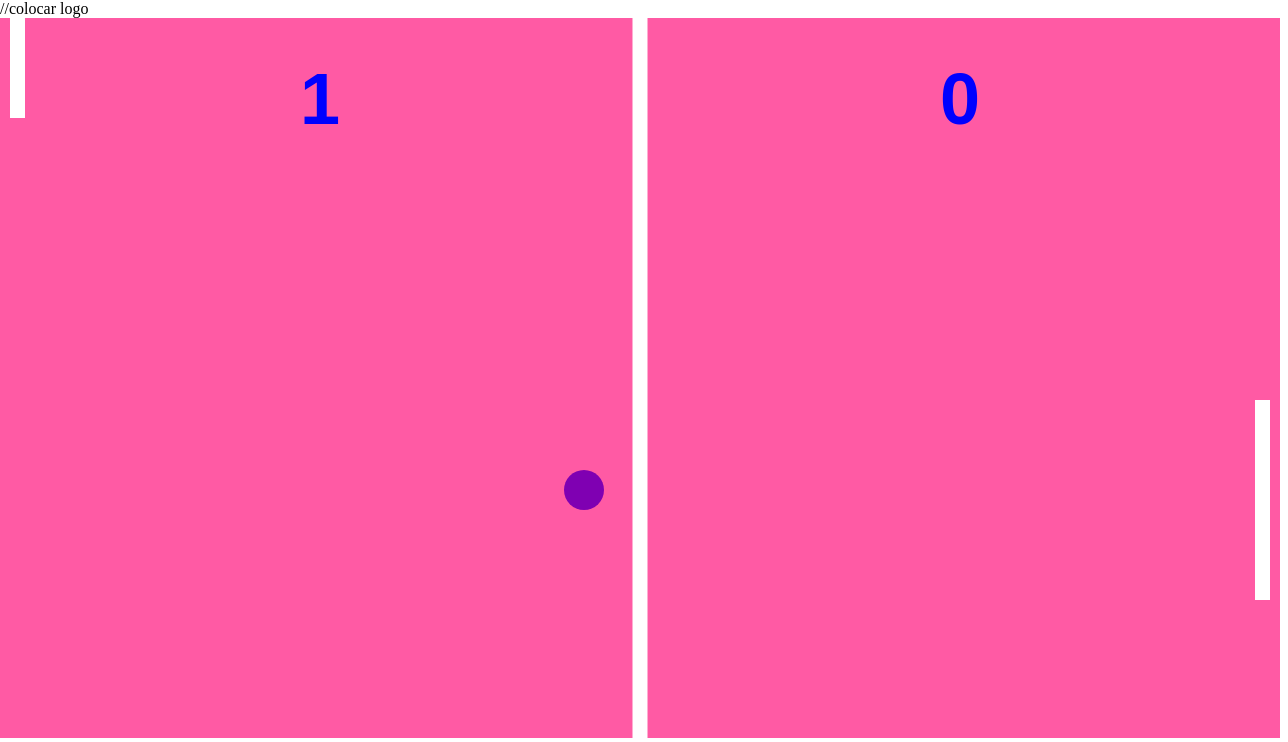
Repository: AkirahCarvalho/ping_pong
Page: index.html
The author's editor kept a copy of each file at every save. The page is drawn from the files as they stood at one save, then again after a run of saves.
The browser window is 1280 px wide. The page is 1280 px wide, then 1288 px, then 1280 px, so the pictures cover 1288 px, including what lies to the right of the window. The pictures show the whole page.

Above is the page before, as saved 2024-04-02 16:02:10.

After the next 2 saves:
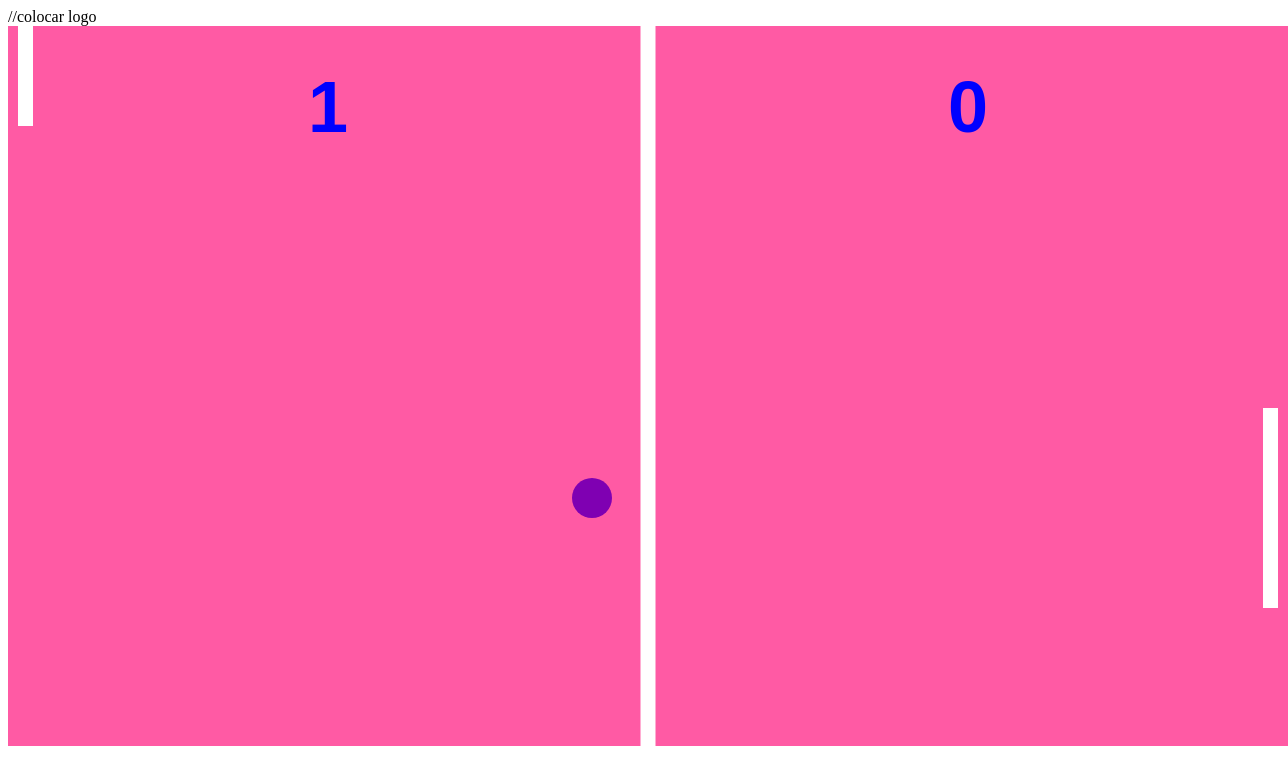
The 2 saves are shown as one change because they came seconds apart.
The last was saved 16 s later.
--- a/index.html
+++ b/index.html
@@ -8,7 +8,8 @@
     <meta name="viewport" content="width=device-width, initial-scale=1.0" />
 
     <title>Jogo Ping-Pong</title>
-    <link rel="shortcut icon" type="imagex/png" href="./images/icon.ico">
+    <link rel="shortcut icon" type="imagex/png" href=""https://png.pngtree.com/png-vector/20220609/ourmid/pngtree-table-tennis-rackets-with-balls-isolated-on-white-background-png-image_4833647.png" alt="raquete">
+    <style>">
     <link img src="https://png.pngtree.com/png-vector/20220609/ourmid/pngtree-table-tennis-rackets-with-balls-isolated-on-white-background-png-image_4833647.png" alt="raquete">
     <style>
       * {

After the save that followed:
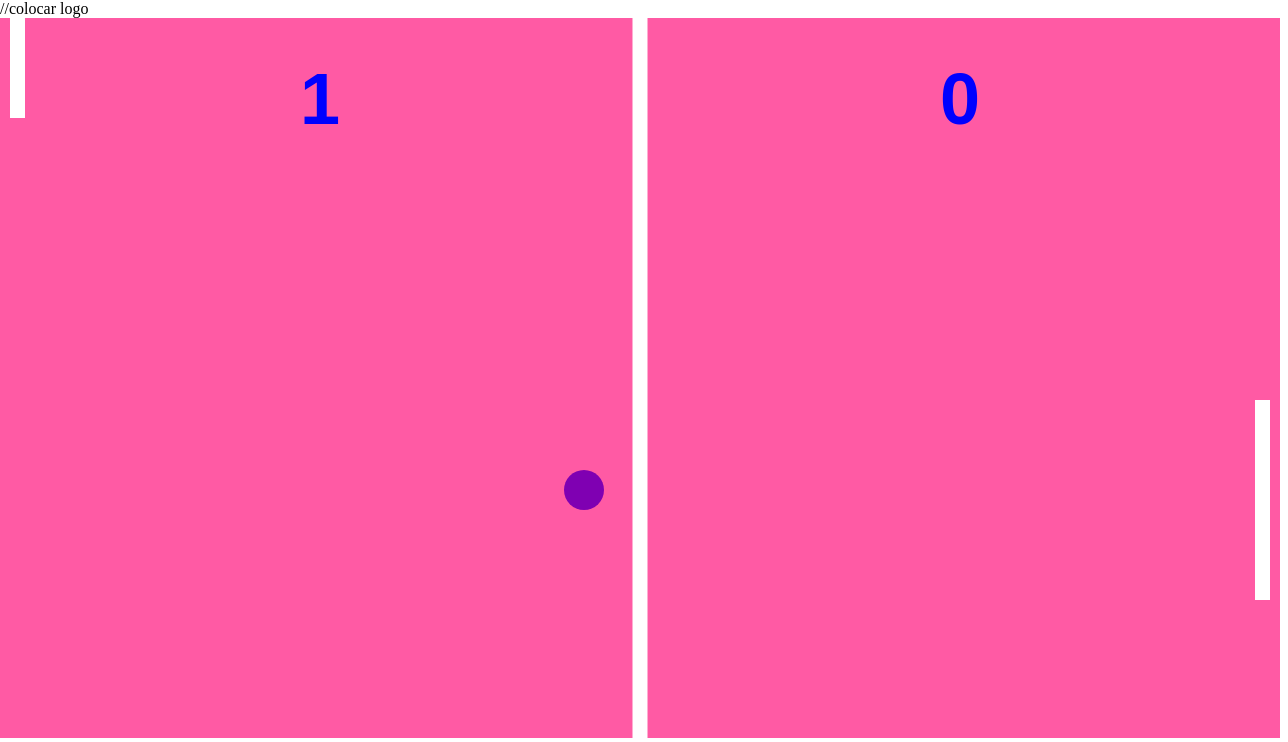
Saved 9 s later.
--- a/index.html
+++ b/index.html
@@ -8,8 +8,7 @@
     <meta name="viewport" content="width=device-width, initial-scale=1.0" />
 
     <title>Jogo Ping-Pong</title>
-    <link rel="shortcut icon" type="imagex/png" href=""https://png.pngtree.com/png-vector/20220609/ourmid/pngtree-table-tennis-rackets-with-balls-isolated-on-white-background-png-image_4833647.png" alt="raquete">
-    <style>">
+    <link rel="shortcut icon" type="imagex/png" href="">
     <link img src="https://png.pngtree.com/png-vector/20220609/ourmid/pngtree-table-tennis-rackets-with-balls-isolated-on-white-background-png-image_4833647.png" alt="raquete">
     <style>
       * {
